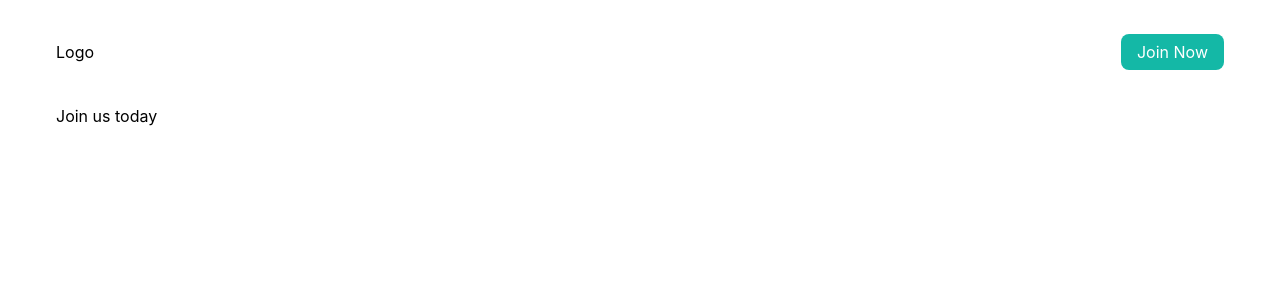
Repository: arafatmollah/auth-app
Page: /auth/login
The author's editor kept a copy of each file at every save. The page is drawn from the files as they stood at one save, then again after a run of saves.
The browser window is 1280 px wide. The pictures show the whole page.
The project was rebuilt for these pictures with package versions that can differ from the ones it lists, and the page was loaded fresh each time. The framework's server and built-in components were replaced by stand-ins that run in the browser. Also part of the build but not shown: next.config.js.

Above is the page before, as saved 2022-10-03 16:25:04.

After the next 3 saves:
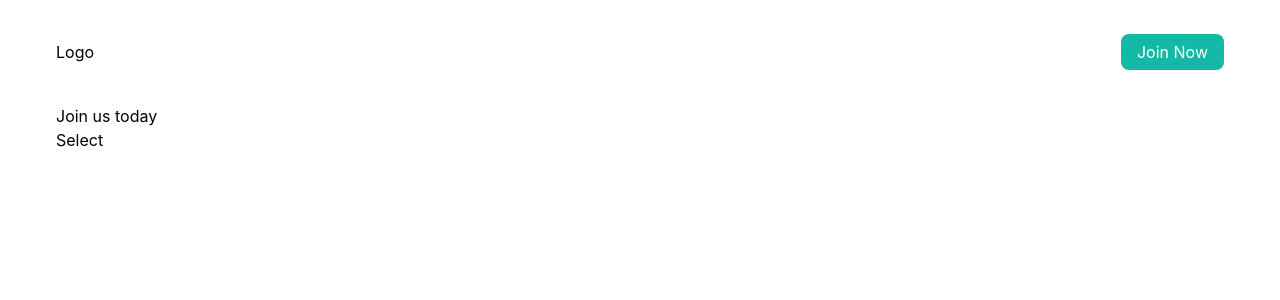
The 3 saves are shown as one change because 1 did not build or start and some came seconds apart.
The last was saved 12 s later.
--- a/pages/auth/login.js
+++ b/pages/auth/login.js
@@ -4,6 +4,9 @@ export default function () {
   return (
     <div>
         <h2>Join us today</h2>
+        <div>
+            <p>Select</p>
+        </div>
     </div>
   )
 }
